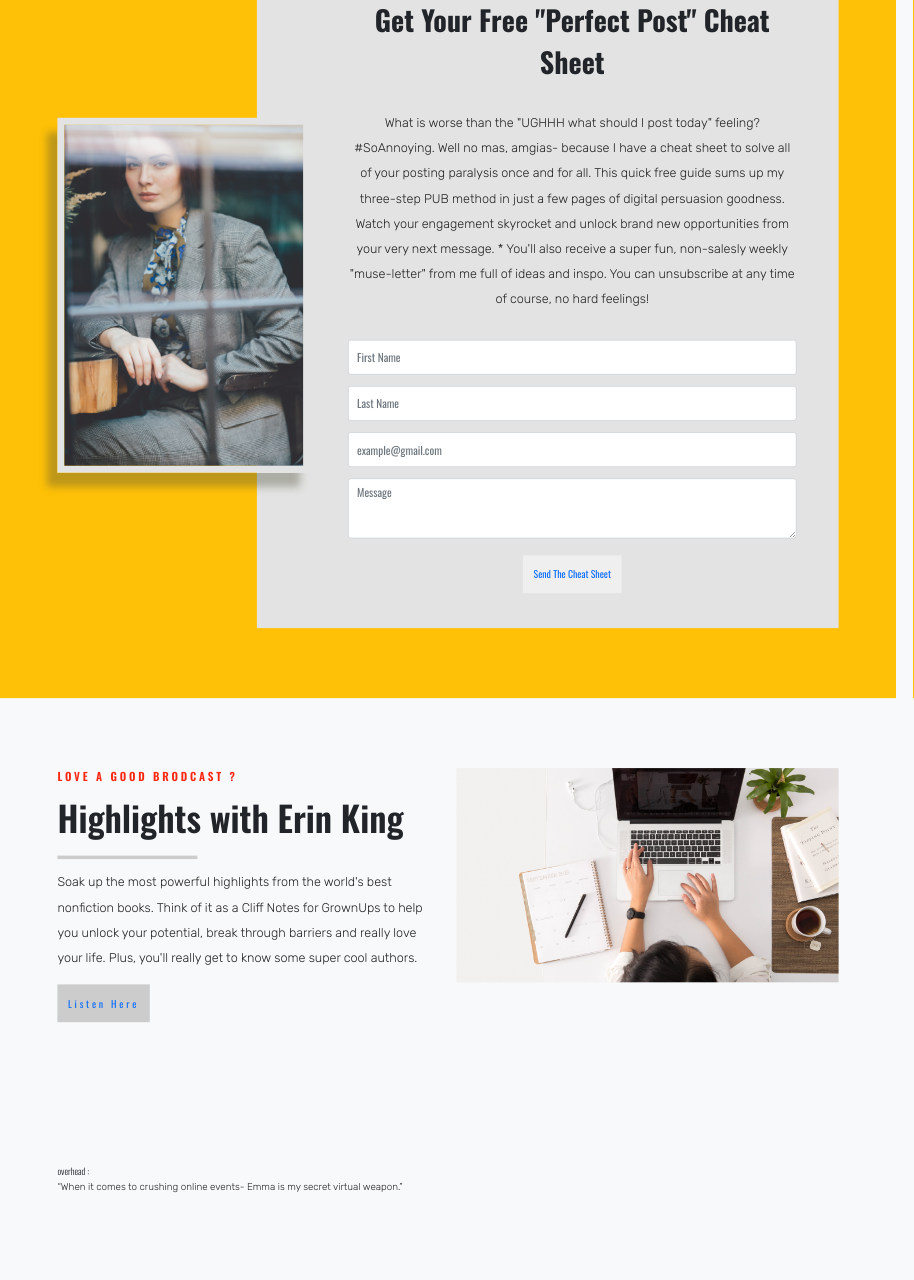
Repository: poroshrahman40/emma-watson-portfolio
Page: index.html
The author's editor kept a copy of each file at every save. The page is drawn from the files as they stood at one save, then again after a run of saves.
The browser window is 1280 px wide. The page is 1305 px wide, so the pictures cover 1305 px, including what lies to the right of the window. The pictures show the part of the page from y = 4545 to 6425 px (the page is 6374 px tall before and 6425 px after), at 70% of full size.
Some web fonts or font styles are not loaded; a fallback is used.

Above is the page before, as saved 2021-12-08 01:57:02.

### index.html

<!DOCTYPE html>
<html lang="en">
    <head>

        <meta charset="UTF-8">
        <meta name="viewport" content="width=device-width, initial-scale=1, shrink-to-fit=no">
        <title>Document</title>

        <!-- favicon -->
        <link rel="shortcut icon" type="image/hair-specialist-fav-icon" href="#">
        <!-- animate.min - css -->
        <link rel="stylesheet" href="assets/css/animate.css">
        <!-- animate - css -->
        <link rel="stylesheet" href="assets/css/animate.min.css">
        <!-- owl.carousel.min - css -->
        <link rel="stylesheet" href="assets/css/owl.carousel.min.css">
        <!-- owl.theme.default.min - css -->
        <link rel="stylesheet" href="assets/css/owl.theme.default.min.css">
        <!-- font-awesome all.css -->
        <link rel="stylesheet" href="assets/css/fontawesome-all.css">
        <!-- boxicons.css -->
        <link rel='stylesheet' href="assets/css/boxicons.min.css">
        <link href='https://unpkg.com/boxicons@2.1.1/css/boxicons.min.css' rel='stylesheet'>
        <!-- bootstrap.min - css -->
        <link rel="stylesheet" href="assets/css/bootstrap.min.css">
        <!-- silk-css -->
        <link rel="stylesheet" href="assets/css/slick.css">
        <!-- slick-theme.css -->
        <link rel="stylesheet" href="assets/css/slick-theme.css">
        <!-- main - css -->
        <link rel="stylesheet" href="assets/css/style.css">
        <!-- responsive - css -->
        <link rel="stylesheet" href="assets/css/responsive.css">

    </head>

    <body>
    <!-- preloader start -->
    <!-- <div id="preloader"></div> -->
    <!-- preloader end -->

    <!-- header -start
    ================================== -->
    <header class="ew-main">
        <div class="ew__main__content">
            <div class="ew__nav">
                <div class="ew__logo__div">
                    <a href="https://ow-en.com" title="" class="nav__link ew__snlogo">
                    <img class="logo w-100" src="assets/image/logo-gif.gif" alt="logo-not-found"></a>
                </div>
                <div class="container">
                    <div class="mobile__toggle" ontouchstart="">
                        <div class="mobile__toggle__container">
                            <div class="mobile__open">
                            </div>
                            <div class="mobile__close"></div>
                        </div>
                    </div>
                    <div id="mob__menu" class="nav__mobile__container nav__mobile__container__default">
                        <div class="container-fluid">
                            <div class="row center">
                                <div class="col col__sm">
                                    <ul class="nav__list">
                                        <li class="nav__list-1">
                                            <a class="nav__link nav__link__selected nav__list__link" href="#">Home</a>
                                        </li>
                                        <li class="nav__list-2">
                                            <a class="nav__link nav__list__link" href="#">Books</a>
                                        </li>
                                        <li class="nav__list-3">
                                            <a class="nav__link nav__list__link" href="#">Info.</a>
                                        </li>
                                        <li class="nav__list-4">
                                            <a class="nav__link nav__list__link" href="#">Course</a>
                                            <!-- nav__link__selected -->
                                        </li>
                                    </ul>
                                </div>
                                <div class="col col__sm">
                                    <ul class="nav__list nav__list__rightaligned">
                                        <li class="nav__list-5">
                                            <a class="nav__link nav__list__link" href="#">Keyword</a>
                                        </li>
                                        <li class="nav__list-6">
                                            <a class="nav__link nav__list__link" href="#">Brodcast</a>
                                        </li>
                                        <li class="nav__list-7">
                                            <a class="nav__link nav__list__link" href="#">Contact</a>
                                        </li>
                                        <li class="nav__list-8">
                                            <a class="nav__link nav__list__link" href="#">Blog</a>
                                        </li>
                                    </ul>
                                </div>
                            </div>
                        </div>
                    </div>
                </div>
            </div>
            <!-- <div class="content">
                <h1>A very simple responsive menu with the logo in the middle</h1>
              <h2>Feel free to use this menu however you'd like. No need to give credit. However, please <strong><a href="https://ow-en.com">consider hiring me :)</strong></h2>
            </div> -->
        </div>
    </header>
    <!-- Banner section - start
    ================================ -->


        <div id="ew-banner" class="ew-banner">
            <div class="container">
                <div class="row">
                    <div class="col-lg-12 offset-1">
                        <div class="ew-hero-image">
                            <img src="assets/image/hero-image.png" alt="hero-image">
                        </div>
                        <div class="ew-hero-right-content">
                            <span> Hey,There</span>
                            <h4>Lorem ipsum, dolor sit amet consectetur adipisicing elit. Similique, aut.</h4>
                            <div class="ew-link d-flex mt-4">
                                <i class='bx bx-link fa-2x me-2'></i><a href="#"><p>See my motivational speach.You're Kind of a Big Deal: Level Up by Unlocking Your Audacity.</p></a>
                            </div>
                            <div class="ew-link d-flex">
                                <i class='bx bx-link fa-2x me-2'></i><a href="#"><p>See my motivational speach.You're Kind of a Big Deal: Level Up by Unlocking Your Audacity.</p></a>
                            </div>
                            <div class="ew-link d-flex mb-4">
                                <i class='bx bx-link fa-2x me-2'></i><a href="#"><p>See my motivational speach.You're Kind of a Big Deal: Level Up by Unlocking Your Audacity.</p></a>
                            </div>
                            <div class="ew-hero-right-btn">
                                <a href="#">See More About Me</a>
                            </div>
                        </div>
                    </div>
                </div>
            </div>
        </div>


<!-- Banner section - End
================================ -->

<!-- virtual-presentations - start
======================================== -->
    <section id="ew-virtual-presentation">
        <div class="container-fuild">
            <div class="row">
                <div class="col-lg-12 text-center">
                    <div class="ew-vairtul-content">
                        <h2 class="mb-40">Live and Virtual Presentations <br> That Rock </h2>
                        <p class="">Whether we're talking about the pulsing energy of a packed convention center or a virtual gathering, Erin will delight and wow your attendees with one of her two signature keynotes:&nbsp;<br><br>SALES/LEADERSHIP: Digital Persuasion- Ignite Your Influence&nbsp;<br>SUCCESS MINDSET: Big Deal Energy- Unlock Your Audacity&nbsp;<br><br>Both high-energy, motivational and story-packed with a clear takeaway method to be applied for immediate impact and tangible results.&nbsp;<br></p>
                        <div class="ew-virtual-btn mb-4">
                            <button><a href="#">View Emma's Fun Sizzel Reel</a></button>
                        </div>
                        <div class="ew-virtual-btn">
                            <button><a href="#">View Emma watson's RAW just The steak Speaking Reel</a></button>
                        </div>

                    </div>
                </div>
            </div>
        </div>
    </section>

<!-- virtual-presentations - End
========================================== -->

<!-- virtual keynotes - start
======================================== -->

<section id="ew-virtual-keynotes">
    <div class="container">
        <div class="row">
            <div class="col-lg-6">
                <div class="ew-virtual-vedio">
                    <img src="assets/image/keynotes-image.png" alt="keynotes-image">
                    <div class="keynotes-overlay ew-icon-position">
                        <a href="#"><i class='bx bx-play fa-2x' style='color:#e0e0e0'></i></a>
                    </div>
                </div>
            </div>
            <div class="col-lg-6 d-flex align-items-center">
                <div class="ew-keynotes-content ew-cm-span">
                    <span>Lorem ipsum dolor sit amet</span>
                    <h1>Lorem ipsum dolor sit amet consectetur Lorem ipsum dolor sit amet consectetur.</h1>
                    <p>Whether we're talking about your executive leadership team, your sales force, your internal marketing mavens or your entire organization- let's energize and inspire them to show up big. Because, let's be real, we all need to up our game these days to not just survive, but THRIVE.</p>
                    <button class="ew-keynotes-btn">
                        <a href="#">Describe More Now</a>
                    </button>
                </div>
            </div>
        </div>
    </div>
</section>

<!-- virtual keynotes - End
======================================== -->

<!-- Treat yourself - Start
======================================= -->
<section id="ew-treat-yourself">
    <div class="container">
        <div class="ew-img-row">
            <div class="row">
                <div class="col-lg-4 col-md-4 col-sm-12">
                    <img src="assets/image/treat-yourself.png" alt="treat-image">
                </div>
                <div class="col-lg-4 col-md-4 col-sm-12">
                    <img src="assets/image/treat-yourself-2.png" alt="treat-image">
                </div>
                <div class="col-lg-4 col-md-4 col-sm-12">
                    <img src="assets/image/treat-yourself-3.png" alt="treat-image">
                </div>
            </div>
        </div>
    </div>
    <div class="container-fuild">
        <div class="ew-treat-content">
            <div class="row">
                <div class="col-lg-12 text-center">
                    <div class="ew-treat-details">
                        <span>Lorem ipsum dolor sit amet consectetur <br> adipisicing elit. Nulla.</span>
                        <h1 class="mb-40">YES, TAKE ME FOR A SPA DAY <br> Treat Yourself to The Social Media Spa</h1>
                        <p class="se-t sie-spa_4-text st-m-paragraph st-d-paragraph se-rc">If you're a direct seller, entrepreneur or a professional looking to use social media more strategically, get ready to clarify your brand, detox your approach and refresh your messaging for massive impact. Never "not know what to type".If you're a direct seller, entrepreneur or a professional looking to use social media more strategically, get ready to clarify your brand, detox your approach and refresh your messaging for massive impact. Never "not know what to type" <i>ever</i> again.&nbsp;</p>
                        <div class="ew-treat-btn mb-4">
                            <button><a href="#">View Emma's Fun Sizzel Reel</a></button>
                        </div>
                    </div>
                </div>
            </div>
        </div>
    </div>
</section>


<!-- Treat yourself - End
========================================= -->
<!-- Cheat Sheet - start
======================================== -->

<section id="ew-get-cheat-sheet">
    <div class="container">
        <div class="row">
            <div class="col-lg-3 d-flex align-items-center justify-content-end">
                <div class="ew-cheat-sheet-image">
                    <img src="assets/image/cheet-seet-side-image.png" alt="image-not-found">
                </div>
            </div>
            <div class="col-lg-9 text-center">
                <div class="ew-cheat-sheet-card">
                    <div class="ew-offer-title mb-40">
                        <h1>Get Your Free "Perfect Post" Cheat Sheet</h1>
                    </div>
                    <p>What is worse than the "UGHHH what should I post today" feeling? #SoAnnoying. Well no mas, amgias- because I have a cheat sheet to solve all of your posting paralysis once and for all. This quick free guide sums up my three-step PUB method in just a few pages of digital persuasion goodness.
Watch your engagement skyrocket and unlock brand new opportunities from your very next message.
* You'll also receive a super fun, non-salesly weekly "muse-letter" from me full of ideas and inspo. You can unsubscribe at any time of course, no hard feelings! </p>

                    <div class="ew-cheet-seet-form text-start mt-40">
                        <div class="mb-3">
                            <!-- <label for="exampleFormControlInput1" class="form-label">First Name</label> -->
                            <input type="name" class="form-control" id="exampleFormControlInput1" placeholder="First Name">
                        </div>
                        <div class="mb-3">
                            <!-- <label for="exampleFormControlInput1" class="form-label">Last Name</label> -->
                            <input type="name" class="form-control" id="exampleFormControlInput1" placeholder="Last Name">
                        </div>
                        <div class="mb-3">
                            <!-- <label for="exampleFormControlInput1" class="form-label">Last Name</label> -->
                            <input type="email" class="form-control" id="exampleFormControlInput1" placeholder="example@gmail.com">
                        </div>
                        <div class="mb-3">
                            <!-- <label for="exampleFormControlTextarea1" class="form-label">Example textarea</label> -->
                            <textarea type="text" class="form-control" id="exampleFormControlTextarea1" placeholder="Message" rows="3"></textarea>
                        </div>
                        <div class="mt-4 text-center">
                            <button class="ew-cheat-sheet-btn">
                                <a href="#">Send The Cheat Sheet</a>
                            </button>
                        </div>
                    </div>
                </div>
            </div>
        </div>
    </div>

</section>

<!-- Cheat Sheet - end
======================================== -->
<!-- Good Podcast - Start
====================================== -->
<section>
    <div class="container">
        <div class="row">
            <div class="col-lg-6 col-md-6 col-sm-12">
                <div class="ew-podcast-content ew-cm-span">
                    <span>Love a good Brodcast ?</span>
                    <h1>Highlights with Erin King</h1>
                    <p>Soak up the most powerful highlights from the world's best nonfiction books. Think of it as a Cliff Notes for GrownUps to help you unlock your potential, break through barriers and really love your life. Plus, you'll really get to know some super cool authors. </p>
                </div>
                <button class="ew-podcast-btn">
                    <a href="#">Listen Here</a>
                </button>
            </div>
            <div class="col-lg-6 col-md-6 col-sm-12">
                <img src="assets/image/highlight-image.png" alt="highlight-image">
            </div>
        </div>
    </div>
</section>


<!-- Good Podcast - End
====================================== -->

<!-- Simple quotes - Start
====================================== -->
<section id="ew-quotes">
    <div class="container">
        <div class="col-lg-12">
            <div class="ew-quotes-items">
                <span>overhead :</span>
                <p>“When it comes to crushing online events-
                    Emma is my secret virtual weapon.”</p>
            </div>
        </div>
    </div>
</section>

<!-- Simple quotes - End
====================================== -->

    <!-- footer section - Start
    ============================== -->




    <!-- Footer section - End
    ============================= -->



    <!-- jquery-3.5.0.min - js -->
    <script src="assets/js/jquery-3.5.0.min.js"></script>
    <!-- .magnific-popup -->
    <script src="assets/js/jquery.magnific-popup.min.js"></script>
    <!-- bootstrap.min - js -->
    <script src="assets/js/bootstrap.min.js"></script>
    <!-- bootstrap - bundle min.js -->
    <script src="assets/js/bootstrap.bundle.min.js"></script>
    <!-- bootstrap - bundl.js -->
    <script src="assets/js/bootstrap.bundle.js"></script>
    <!-- boxicons - js -->
    <script src="assets/js/boxicons.js"></script>
    <!-- popper.min - js -->
    <script src="assets/js/popper.min.js"></script>
    <!-- owl.carousel.min - js -->
    <script src="assets/js/owl.carousel.min.js"></script>
    <!-- wow.min - js -->
    <script src="assets/js/wow.min.js"></script>
    <!-- silk - js -->
    <script src="assets/js/slick.min.js"></script>
    <!-- main - js -->
    <script src="assets/js/main.js"></script>

</body>
</html>

Loaded but not shown: assets/css/animate.css (library); assets/css/animate.min.css (library); assets/css/owl.carousel.min.css (library); assets/css/owl.theme.default.min.css (common file); assets/css/fontawesome-all.css (library); assets/css/bootstrap.min.css (library); assets/css/slick.css (common file); assets/css/slick-theme.css (library); assets/js/jquery-3.5.0.min.js (library); assets/js/jquery.magnific-popup.min.js (library); assets/js/bootstrap.min.js (library); assets/js/bootstrap.bundle.min.js (library); assets/js/bootstrap.bundle.js (library); assets/js/popper.min.js (library); assets/js/owl.carousel.min.js (library); assets/js/wow.min.js (library); assets/js/slick.min.js (library); assets/js/main.js (14 lines, source omitted); assets/css/responsive.css (904 lines, source omitted); assets/css/style.css (672 lines, source omitted)

After the next 3 saves:
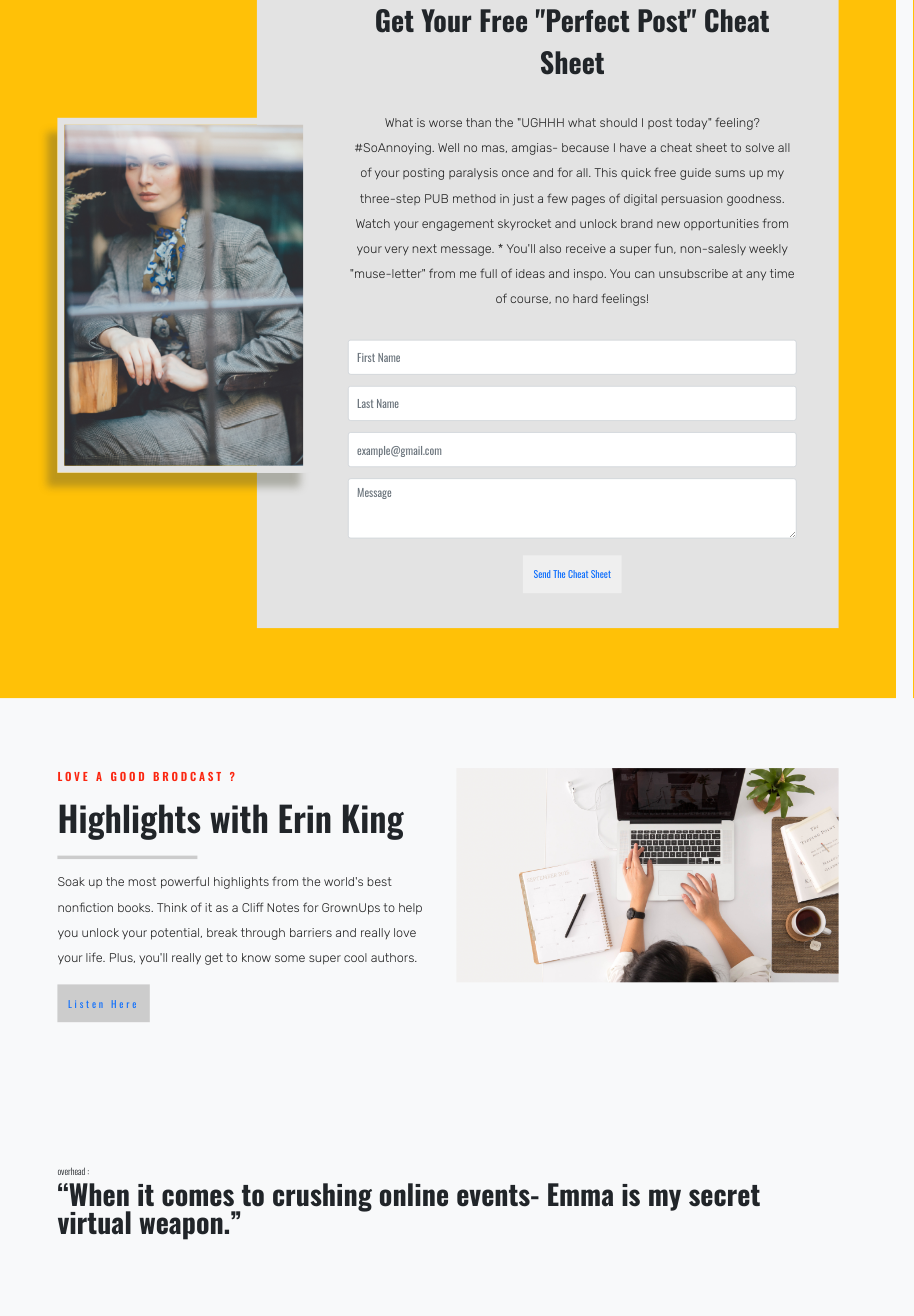
The 3 saves are shown as one change because they came seconds apart.
The last was saved 23 s later.
--- a/index.html
+++ b/index.html
@@ -320,8 +320,8 @@ Watch your engagement skyrocket and unlock brand new opportunities from your ver
         <div class="col-lg-12">
             <div class="ew-quotes-items">
                 <span>overhead :</span>
-                <p>“When it comes to crushing online events-
-                    Emma is my secret virtual weapon.”</p>
+                <h1>“When it comes to crushing online events-
+                    Emma is my secret virtual weapon.”</>
             </div>
         </div>
     </div>
